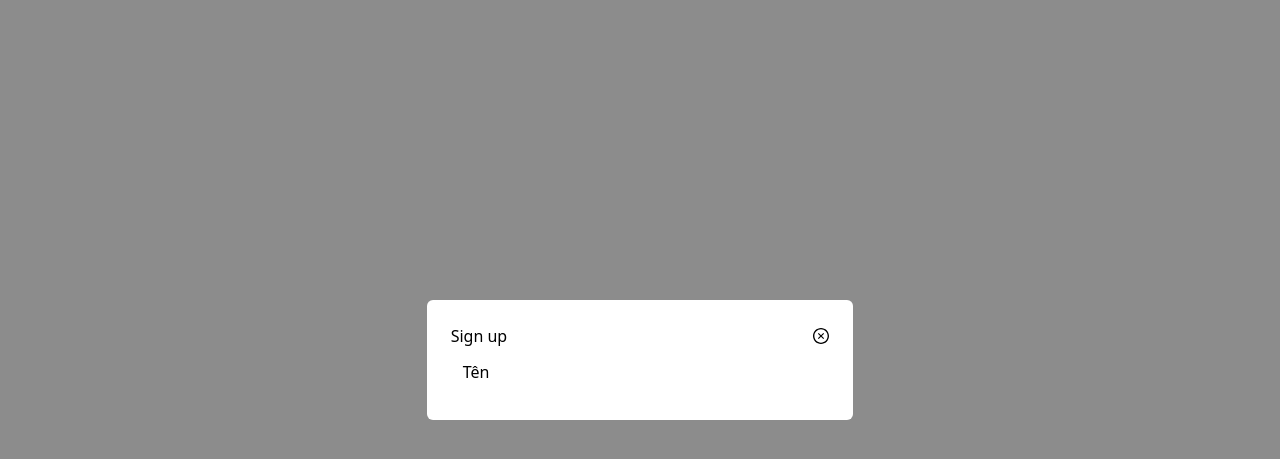
Repository: TinhTT336/MD02_Session14
Page: / (app in client/)
The author's editor kept a copy of each file at every save. The page is drawn from the files as they stood at one save, then again after the next save.
The browser window is 1280 px wide. The pictures show the whole page.
The project was rebuilt for these pictures with package versions that can differ from the ones it lists, and the page was loaded fresh each time. Also part of the build but not shown: client/vite.config.js, client/src/firebase/configFirebase.js, client/src/components/UploadSingleFile.jsx, client/src/components/register/register.css, client/src/components/register/Register.jsx, client/src/components/register/RegisterWithImg.jsx.

Above is the page before, as saved 2023-09-14 14:08:45.

### client/index.html
<!DOCTYPE html>
<html lang="en">
  <head>
    <meta charset="UTF-8" />
    <link rel="icon" type="image/svg+xml" href="/vite.svg" />
    <meta name="viewport" content="width=device-width, initial-scale=1.0" />
    <title>Vite + React</title>
    <!-- <link
      href="https://cdn.jsdelivr.net/npm/bootstrap@5.0.2/dist/css/bootstrap.min.css"
      rel="stylesheet"
      integrity="sha384-EVSTQN3/azprG1Anm3QDgpJLIm9Nao0Yz1ztcQTwFspd3yD65VohhpuuCOmLASjC"
      crossorigin="anonymous"
    />
    <link
      rel="stylesheet"
      href="https://cdnjs.cloudflare.com/ajax/libs/font-awesome/6.4.2/css/all.min.css"
      integrity="sha512-z3gLpd7yknf1YoNbCzqRKc4qyor8gaKU1qmn+CShxbuBusANI9QpRohGBreCFkKxLhei6S9CQXFEbbKuqLg0DA=="
      crossorigin="anonymous"
      referrerpolicy="no-referrer"
    /> -->
  </head>
  <body>
    <div id="root"></div>
    <script type="module" src="/src/main.jsx"></script>
  </body>
</html>

### client/src/App.jsx

import './App.css'
import UploadSingleFile from './components/UploadSingleFile'
import Register from './components/register/Register'
import RegisterWithImg from './components/register/RegisterWithImg'
import Signup from './components/signup/Signup'

function App() {

  return (
    <>
      {/* <UploadSingleFile /> */}
      {/* <Register /> */}
      {/* <RegisterWithImg /> */}
      <Signup />
    </>
  )
}

export default App

### client/src/components/signup/Signup.jsx
import React from 'react';
import { CloseCircleOutlined } from "@ant-design/icons"

export default function Signup() {
    return (
        <>
            <div className='fixed top-0 left-0 right-0 bottom-0 flex items-center justify-center bg-rgba-black'>
                <form className='bg-white p-6 rounded-md w-2/6'>
                    <div className='flex items-center justify-between'>
                        <h3>Sign up</h3>
                        <CloseCircleOutlined className='cursor-pointer hover:bg-slate-300 rounded-full' />
                    </div>
                    <div className='p-3'>
                        <label htmlFor="name">Tên</label>
                        <input type="text" name="" id="" />
                    </div>
                </form>
            </div>

        </>
    )
}

### client/tailwind.config.js
/** @type {import('tailwindcss').Config} */
export default {
  content: ["./index.html", "./src/**/*.{js,ts,jsx,tsx}"],
  theme: {
    extend: {
      backgroundColor: {
        "rgba-black": "rgba(0,0,0,0.45)",
      },
    },
  },
  plugins: [],
};

Loaded but not shown: client/src/main.jsx (common file); client/src/index.css (common file); client/src/App.css (common file)

After the next save:
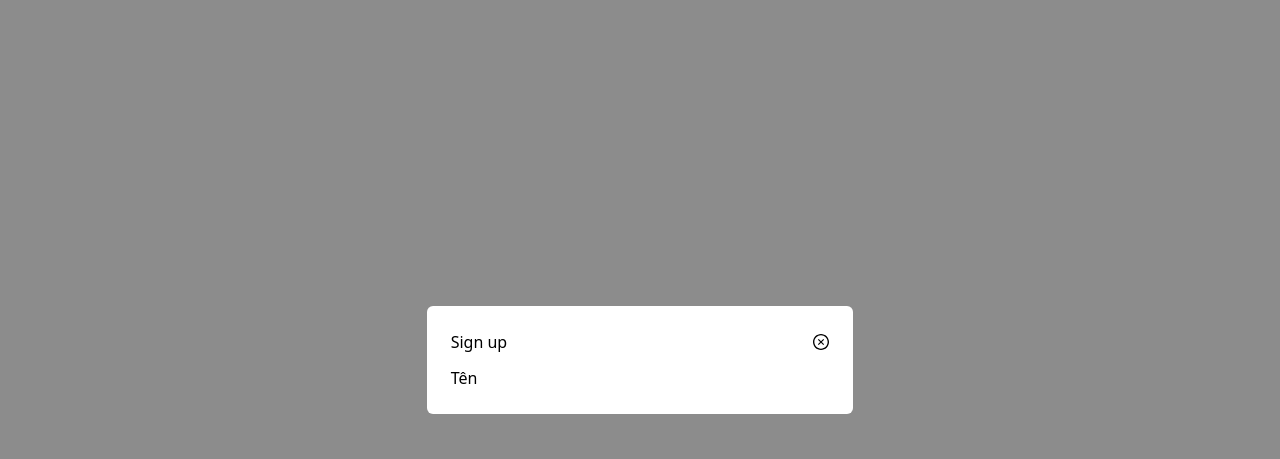
Saved 11 s later.
--- a/client/src/components/signup/Signup.jsx
+++ b/client/src/components/signup/Signup.jsx
@@ -10,7 +10,7 @@ export default function Signup() {
                         <h3>Sign up</h3>
                         <CloseCircleOutlined className='cursor-pointer hover:bg-slate-300 rounded-full' />
                     </div>
-                    <div className='p-3'>
+                    <div className='mt-3'>
                         <label htmlFor="name">Tên</label>
                         <input type="text" name="" id="" />
                     </div>
